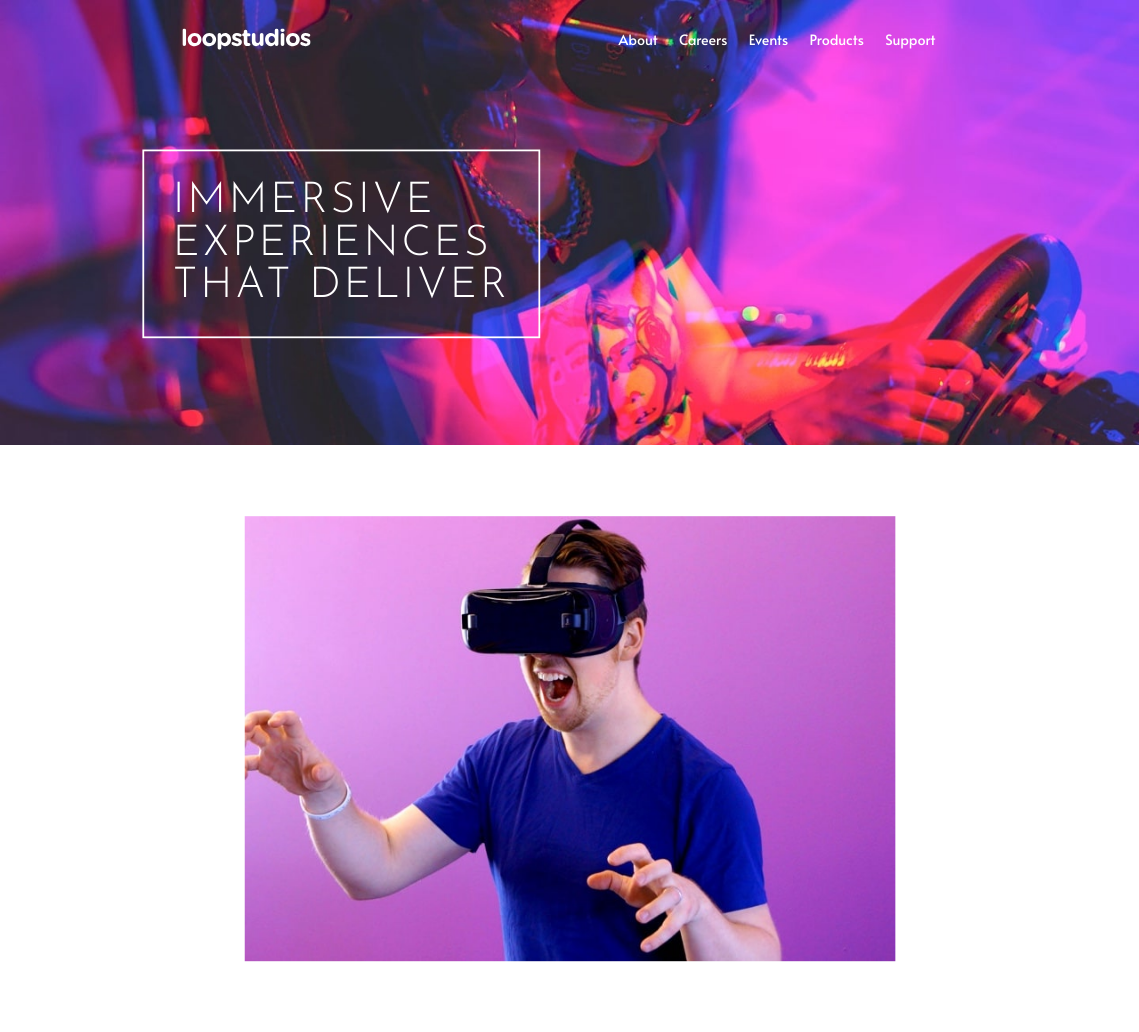
Repository: gligor99/loopstudios-fm
Page: /
These files come from the project's save history. The page is drawn as it stood at one moment and after the next save; the edit follows.
The browser window is 1280 px wide. The pictures show the whole page, at 89% of full size.
Backgrounds fixed to the window are drawn as part of the page. The project was rebuilt for these pictures with package versions that can differ from the ones it lists, and the page was loaded fresh each time.

Above is the page before, as saved 2021-11-28 15:33:46.

After the next save:
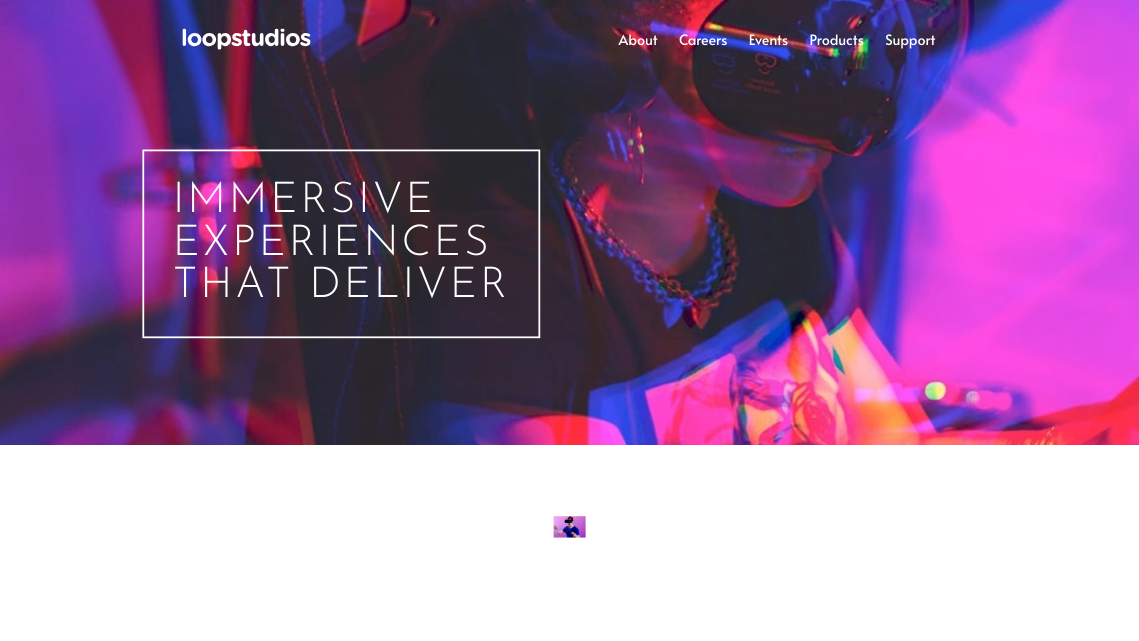
Saved 8 s later.
--- a/src/components/About/about.css
+++ b/src/components/About/about.css
@@ -6,5 +6,5 @@
 }
 
 .image-interactive{
-    height: 50%;
+
 }
